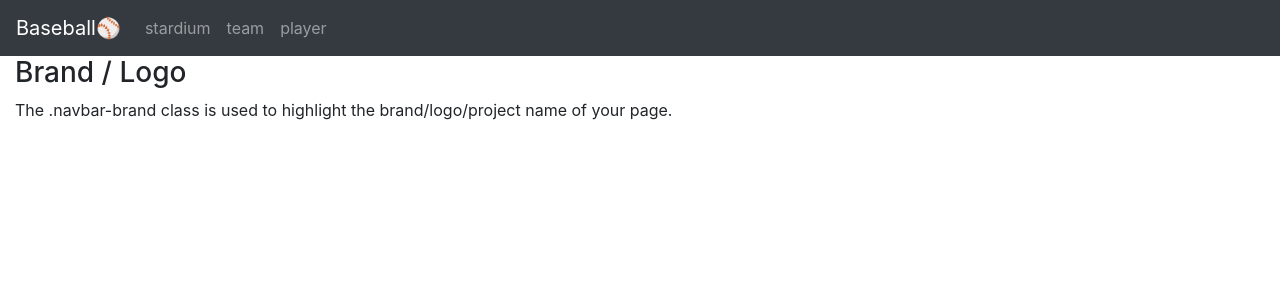
Repository: ah-ryeong/Spring_-
Page: http://localhost/header
The author's editor kept a copy of each file at every save. The page is drawn from the files as they stood at one save, then again after the next save.
The browser window is 1280 px wide. The pictures show the whole page.
The page is this project's Thymeleaf template; nobody is signed in. The template is opened directly, without the code that normally fills it, so the values that code supplies are empty.

Above is the page before, as saved 2020-09-09 02:04:38.

### baseballproject/src/main/resources/templates/header.html
<!DOCTYPE html>
<html lang="en">
<head>
  <title>Baseball Project</title>
  <meta charset="utf-8">
  <meta name="viewport" content="width=device-width, initial-scale=1">
  <link rel="stylesheet" href="https://maxcdn.bootstrapcdn.com/bootstrap/4.5.2/css/bootstrap.min.css">
  <script src="https://ajax.googleapis.com/ajax/libs/jquery/3.5.1/jquery.min.js"></script>
  <script src="https://cdnjs.cloudflare.com/ajax/libs/popper.js/1.16.0/umd/popper.min.js"></script>
  <script src="https://maxcdn.bootstrapcdn.com/bootstrap/4.5.2/js/bootstrap.min.js"></script>
</head>
<body>

<nav class="navbar navbar-expand-sm bg-dark navbar-dark">
  <!-- Brand/logo -->
  <a class="navbar-brand" href="#">Baseball⚾</a>

  <!-- Links -->
  <ul class="navbar-nav">
    <li class="nav-item">
      <a class="nav-link" href="#">stardium</a>
    </li>
    <li class="nav-item">
      <a class="nav-link" href="#">team</a>
    </li>
    <li class="nav-item">
      <a class="nav-link" href="#">player</a>
    </li>
  </ul>
</nav>

<div class="container-fluid">
  <h3>Brand / Logo</h3>
  <p>The .navbar-brand class is used to highlight the brand/logo/project name of your page.</p>
</div>

After the next save:
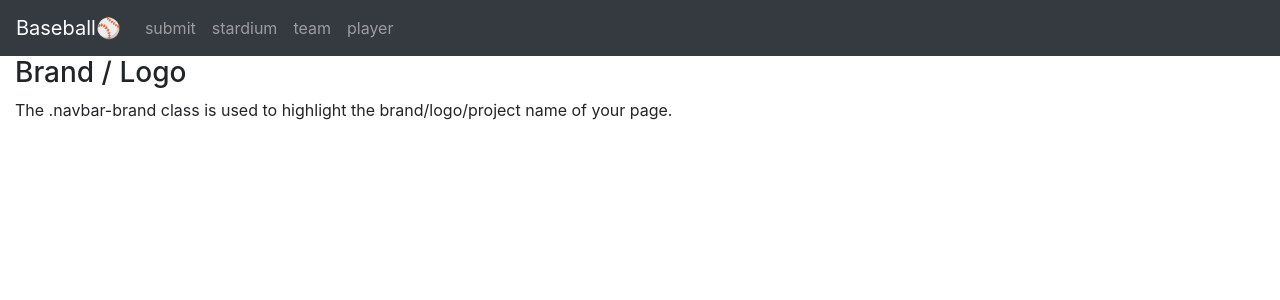
Saved 35 s later.
--- a/baseballproject/src/main/resources/templates/header.html
+++ b/baseballproject/src/main/resources/templates/header.html
@@ -17,6 +17,9 @@
 
   <!-- Links -->
   <ul class="navbar-nav">
+  	<li class="nav-item">
+      <a class="nav-link" href="#">submit</a>
+    </li>
     <li class="nav-item">
       <a class="nav-link" href="#">stardium</a>
     </li>
